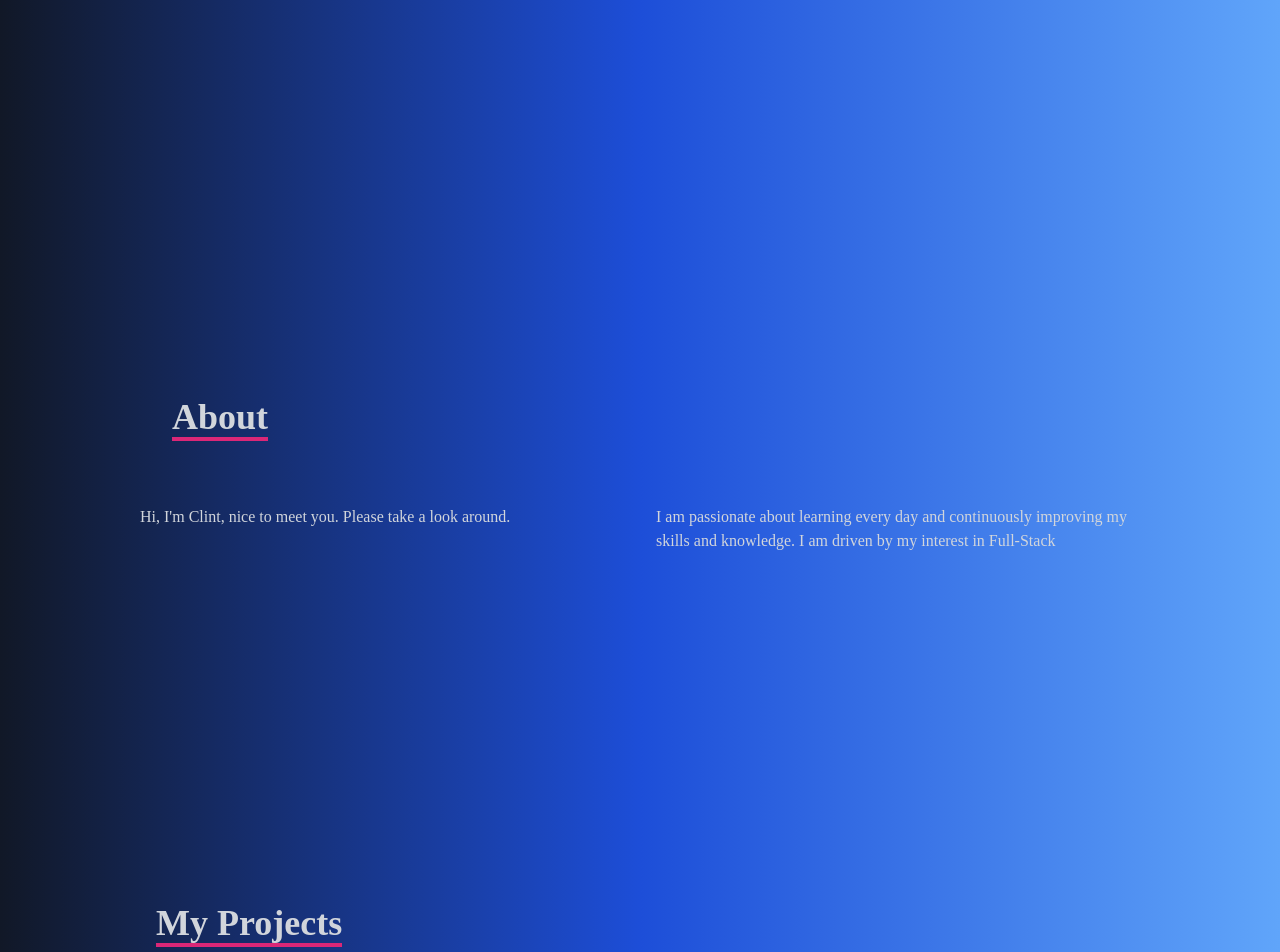
Repository: olichengus/Project-Portfolio
Page: /
An editor plug-in stored every save of this project. The page is shown before and after a run of saves, followed by the edit.
The browser window is 1280 px wide. The pictures show the part of the page from y = 605 to 1557 px (the page is 2160 px tall).
The project was rebuilt for these pictures with package versions that can differ from the ones it lists, and the page was loaded fresh each time.

Above is the page before, as saved 2024-02-10 00:27:39.

After the next 3 saves:
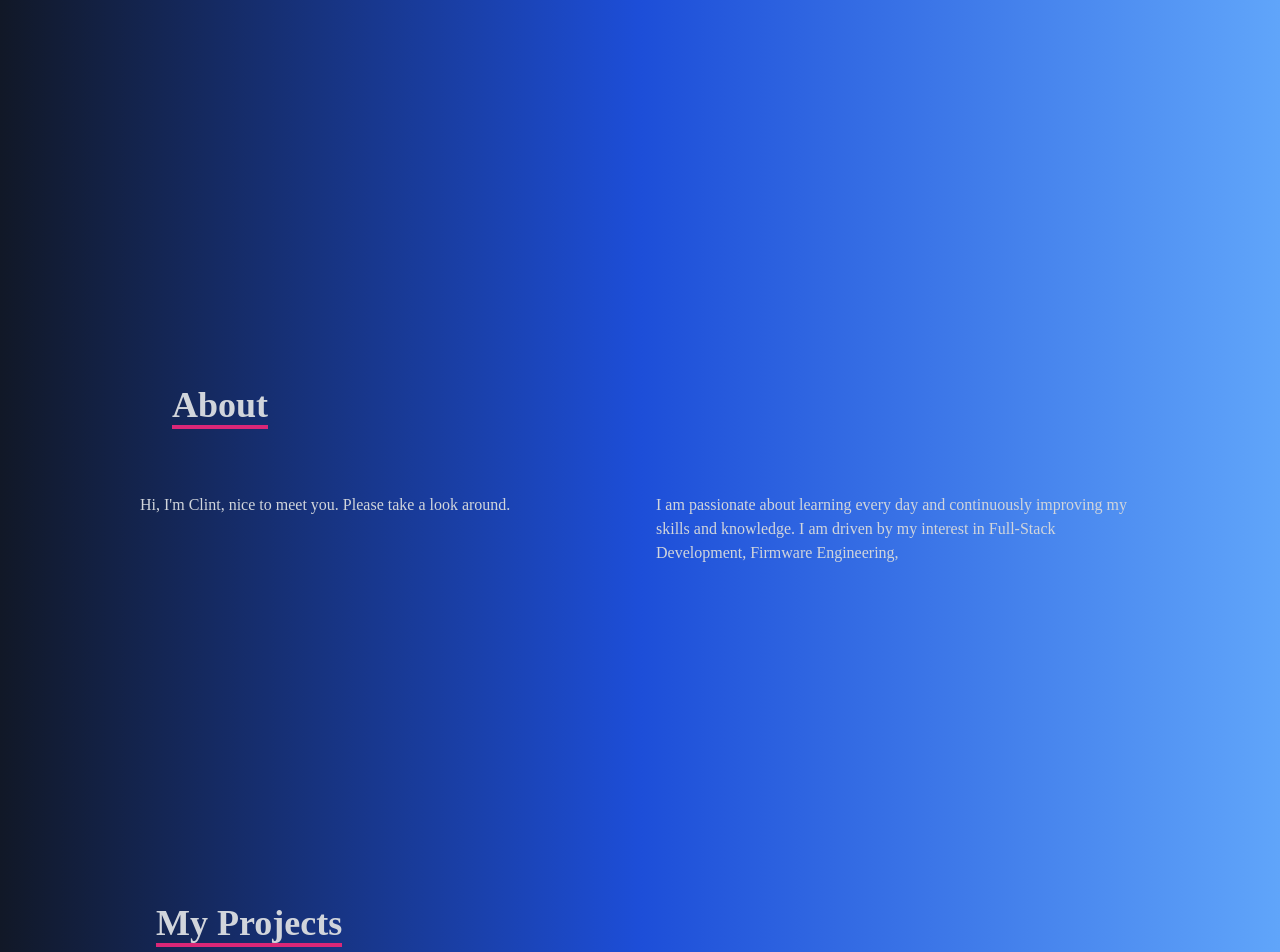
The 3 saves are shown as one change because 2 did not build or start.
The last was saved 20 s later.
--- a/src/components/About.jsx
+++ b/src/components/About.jsx
@@ -15,7 +15,7 @@ const About = () => {
                         <p>Hi, I'm Clint, nice to meet you. Please take a look around.</p>
                     </div>
                     <div>
-                        I am passionate about learning every day and continuously improving my skills and knowledge. I am driven by my interest in Full-Stack
+                        I am passionate about learning every day and continuously improving my skills and knowledge. I am driven by my interest in Full-Stack Development, Firmware Engineering,
                     </div>
                 </div>
             </div>
